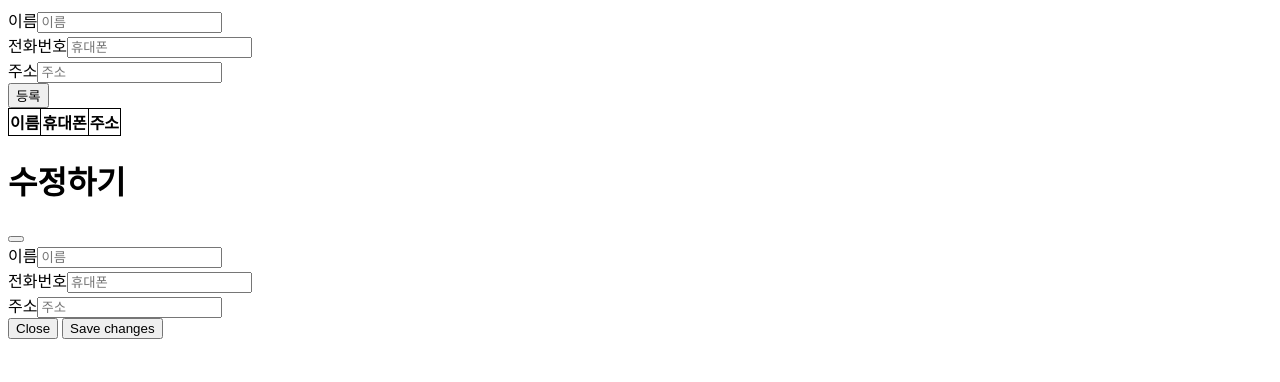
Repository: hoseolkim/amoe2
Page: http://localhost/WebStudy02_MVN/adrs/view
These files come from the project's save history. The page is drawn as it stood at one moment and after the next save; the edit follows.
The browser window is 1280 px wide. The pictures show the whole page.
The page is served by Tomcat 9.

Above is the page before, as saved 2023-09-21 09:42:10.

After the next save:
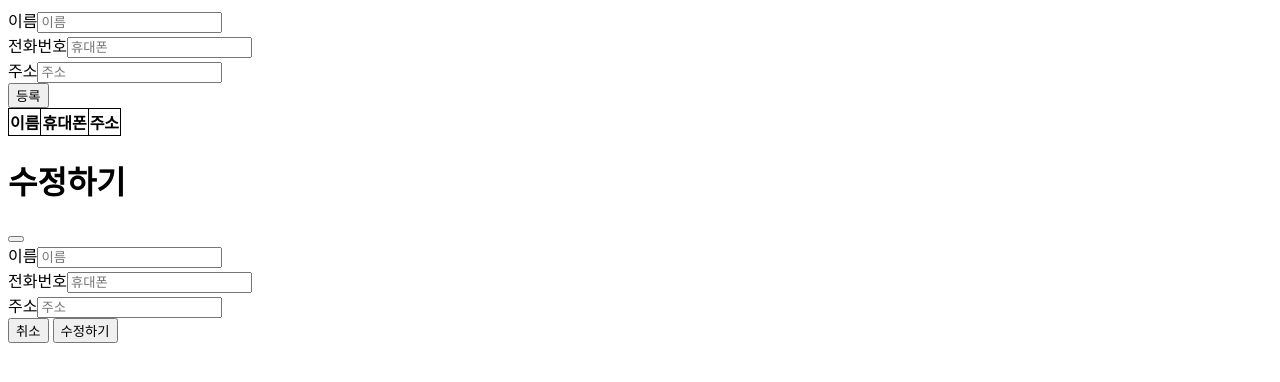
Saved 10 s later.
--- a/WebStudy02_MVN/src/main/webapp/WEB-INF/views/adrs/adrsView.jsp
+++ b/WebStudy02_MVN/src/main/webapp/WEB-INF/views/adrs/adrsView.jsp
@@ -34,7 +34,7 @@
 	</tbody>
 </table>
 <!-- Modal -->
-<div class="modal fade" id="exampleModal" tabindex="-1" aria-labelledby="exampleModalLabel" aria-hidden="true">
+<div class="modal fade" id="modal" tabindex="-1" aria-labelledby="exampleModalLabel" aria-hidden="true">
   <div class="modal-dialog">
     <div class="modal-content">
       <div class="modal-header">
@@ -49,8 +49,8 @@
         	</form>
       </div>
       <div class="modal-footer">
-        <button type="button" class="btn btn-secondary" data-bs-dismiss="modal">Close</button>
-        <button type="button" class="btn btn-primary">Save changes</button>
+        <button type="button" class="btn btn-secondary" data-bs-dismiss="modal">취소</button>
+        <button type="button" id="modbtn" class="btn btn-primary">수정하기</button>
       </div>
     </div>
   </div>
